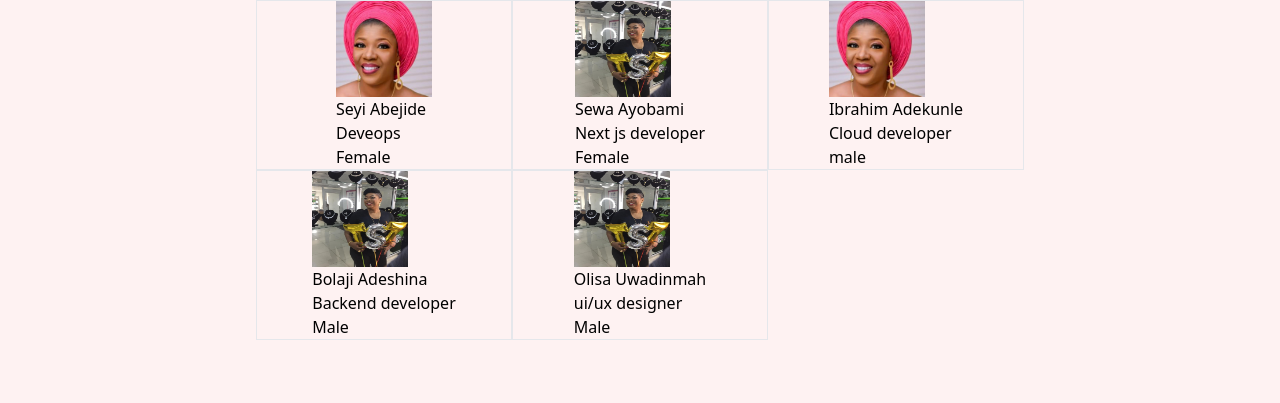
Repository: Semanmernstack/Bincom
Page: /
These files come from the project's save history. The page is drawn as it stood at one moment and after the next save; the edit follows.
The browser window is 1280 px wide. The pictures show the whole page.
The project was rebuilt for these pictures with package versions that can differ from the ones it lists, and the page was loaded fresh each time. The framework's server and built-in components were replaced by stand-ins that run in the browser. Also part of the build but not shown: next.config.mjs.

Above is the page before, as saved 2024-01-25 05:28:52.

After the next save:
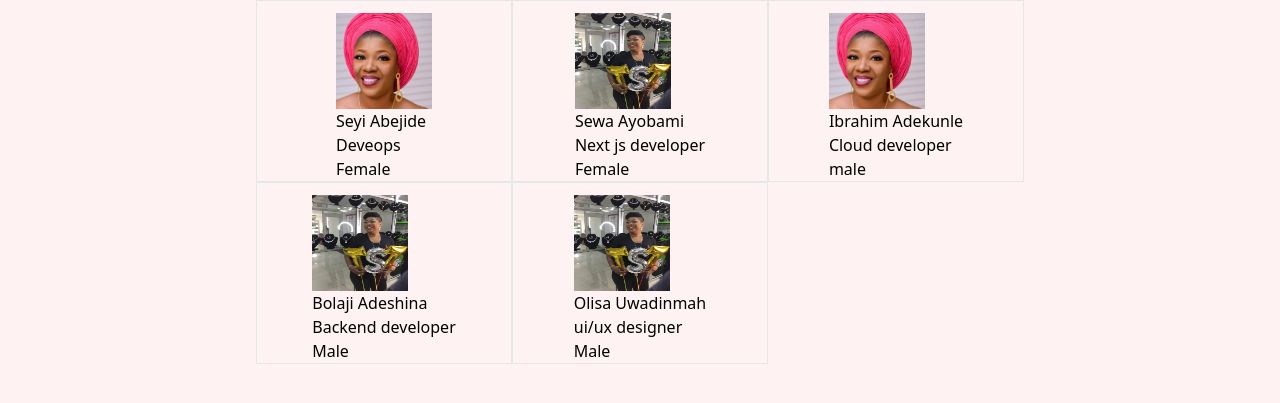
Saved 11 s later.
--- a/app/components/SetUp.tsx
+++ b/app/components/SetUp.tsx
@@ -10,7 +10,7 @@ interface B {
 
 function SetUp({id, title, image, role, gender}:B) {
   return (
-    <div className=' gap-3'>
+    <div className=' mt-3'>
       <img src={image} alt="image" className='h-24 w-24' />
       <div>
         <h1>{title}</h1>
